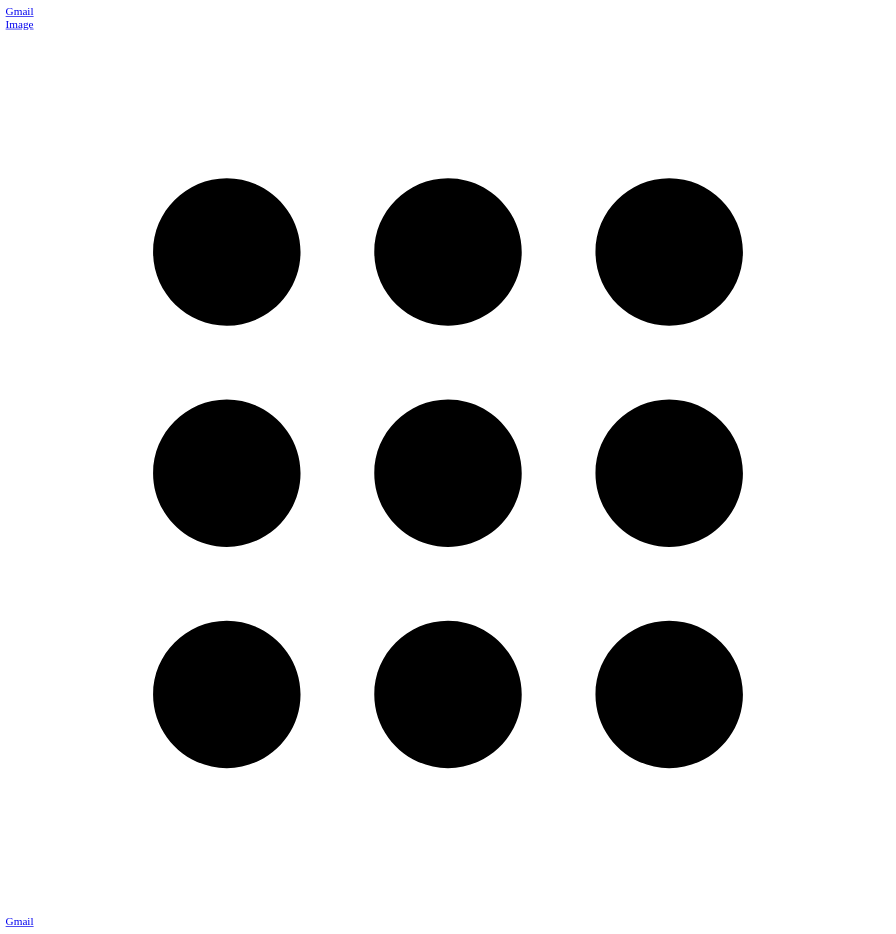
Repository: Ola-22/google
Page: index.html
These files come from the project's save history. The page is drawn as it stood at one moment and after the next save; the edit follows.
The browser window is 1280 px wide. The pictures show the part of the page from y = 0 to 1920 px (the page is 1334 px tall before and 2578 px after), at 70% of full size.
Some web libraries are served in a nearby version.

Above is the page before, as saved 2021-10-02 19:53:59.

### index.html
<html lang="en">

<head>
  <meta charset="UTF-8">
  <meta http-equiv="X-UA-Compatible" content="IE=edge">
  <meta name="viewport" content="width=device-width, initial-scale=1.0">
  <title>Google</title>
  <link rel="stylesheet" href="https://pro.fontawesome.com/releases/v5.10.0/css/all.css"
    integrity="sha384-AYmEC3Yw5cVb3ZcuHtOA93w35dYTsvhLPVnYs9eStHfGJvOvKxVfELGroGkvsg+p" crossorigin="anonymous" />
  <link rel="stylesheet" href="assets/css/main.css">
  <link rel="shortcut icon" type="image/png" href="assets/img/google.png">
</head>

<body>
  <div class="header">
    <div>
      <a href="#">Gmail</a>
    </div>
    <div>
      <a href="#">Image</a>
    </div>
    <div>
      <a href="#"><svg class="gb_Ve" focusable="false" viewBox="0 0 24 24">
          <path
            d="M6,8c1.1,0 2,-0.9 2,-2s-0.9,-2 -2,-2 -2,0.9 -2,2 0.9,2 2,2zM12,20c1.1,0 2,-0.9 2,-2s-0.9,-2 -2,-2 -2,0.9 -2,2 0.9,2 2,2zM6,20c1.1,0 2,-0.9 2,-2s-0.9,-2 -2,-2 -2,0.9 -2,2 0.9,2 2,2zM6,14c1.1,0 2,-0.9 2,-2s-0.9,-2 -2,-2 -2,0.9 -2,2 0.9,2 2,2zM12,14c1.1,0 2,-0.9 2,-2s-0.9,-2 -2,-2 -2,0.9 -2,2 0.9,2 2,2zM16,6c0,1.1 0.9,2 2,2s2,-0.9 2,-2 -0.9,-2 -2,-2 -2,0.9 -2,2zM12,8c1.1,0 2,-0.9 2,-2s-0.9,-2 -2,-2 -2,0.9 -2,2 0.9,2 2,2zM18,14c1.1,0 2,-0.9 2,-2s-0.9,-2 -2,-2 -2,0.9 -2,2 0.9,2 2,2zM18,20c1.1,0 2,-0.9 2,-2s-0.9,-2 -2,-2 -2,0.9 -2,2 0.9,2 2,2z">
          </path>
        </svg></a>
    </div>
    <div>
      <a href="#">Gmail</a>
    </div>
  </div>
</body>

</html>

### assets/css/main.css
.flexBox {
  display: -webkit-box;
  display: -ms-flexbox;
  display: flex;
  -webkit-box-align: center;
      -ms-flex-align: center;
          align-items: center;
  -ms-flex-wrap: wrap;
      flex-wrap: wrap;
  -ms-flex-line-pack: distribute;
      align-content: space-around;
}

ul li {
  list-style: none;
}

ul li > a {
  text-decoration: none;
}

input {
  outline: none;
}
/*# sourceMappingURL=main.css.map */

After the next save:
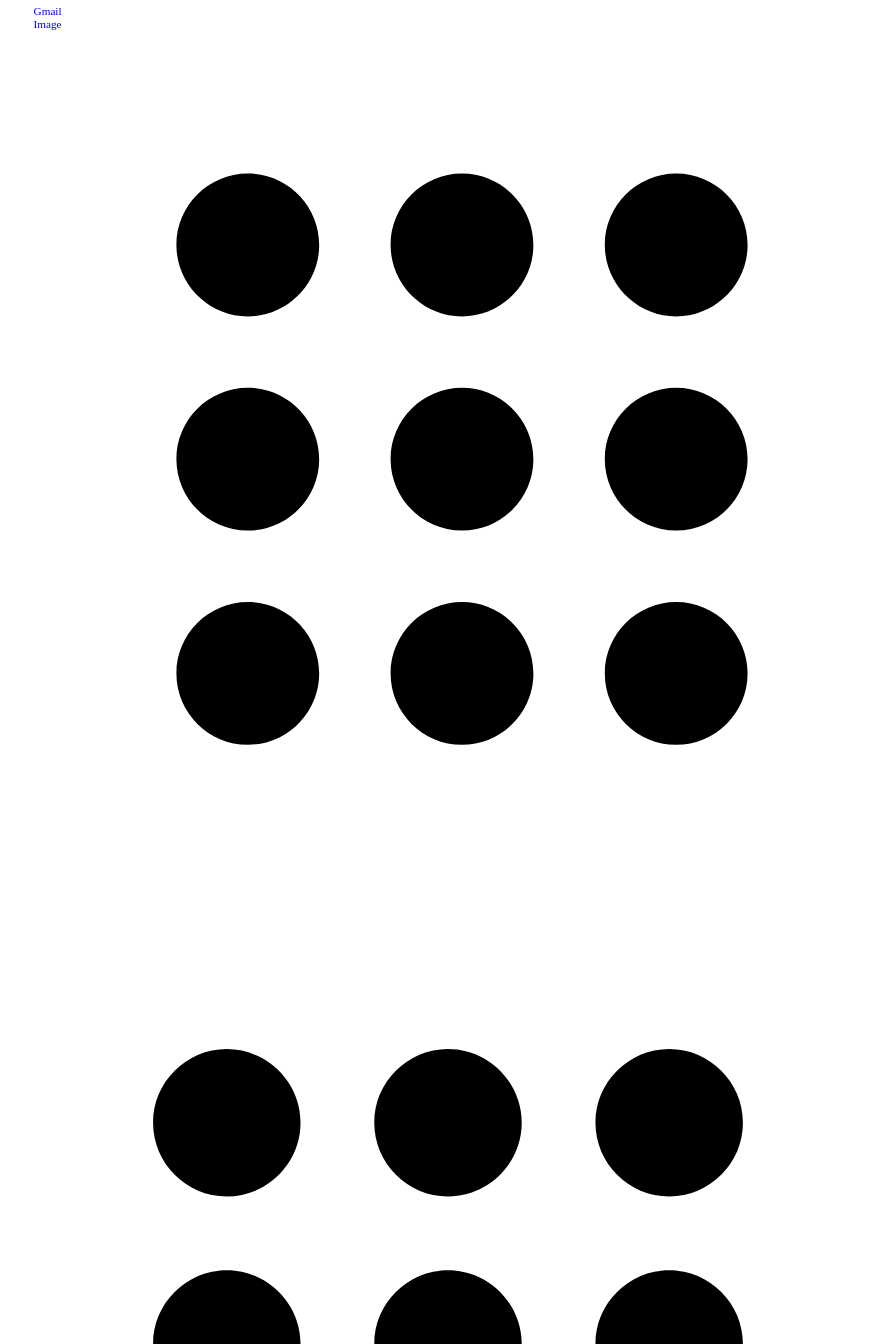
Saved 13 min 28 s later.
--- a/index.html
+++ b/index.html
@@ -13,12 +13,16 @@
 
 <body>
   <div class="header">
-    <div>
-      <a href="#">Gmail</a>
-    </div>
-    <div>
-      <a href="#">Image</a>
-    </div>
+    <ul>
+      <li> <a href="#">Gmail</a></li>
+      <li> <a href="#">Image</a></li>
+      <li><svg class="gb_Pe" focusable="false" viewBox="0 0 24 24">
+          <path
+            d="M6,8c1.1,0 2,-0.9 2,-2s-0.9,-2 -2,-2 -2,0.9 -2,2 0.9,2 2,2zM12,20c1.1,0 2,-0.9 2,-2s-0.9,-2 -2,-2 -2,0.9 -2,2 0.9,2 2,2zM6,20c1.1,0 2,-0.9 2,-2s-0.9,-2 -2,-2 -2,0.9 -2,2 0.9,2 2,2zM6,14c1.1,0 2,-0.9 2,-2s-0.9,-2 -2,-2 -2,0.9 -2,2 0.9,2 2,2zM12,14c1.1,0 2,-0.9 2,-2s-0.9,-2 -2,-2 -2,0.9 -2,2 0.9,2 2,2zM16,6c0,1.1 0.9,2 2,2s2,-0.9 2,-2 -0.9,-2 -2,-2 -2,0.9 -2,2zM12,8c1.1,0 2,-0.9 2,-2s-0.9,-2 -2,-2 -2,0.9 -2,2 0.9,2 2,2zM18,14c1.1,0 2,-0.9 2,-2s-0.9,-2 -2,-2 -2,0.9 -2,2 0.9,2 2,2zM18,20c1.1,0 2,-0.9 2,-2s-0.9,-2 -2,-2 -2,0.9 -2,2 0.9,2 2,2z">
+          </path>
+        </svg></li>
+    </ul>
+
     <div>
       <a href="#"><svg class="gb_Ve" focusable="false" viewBox="0 0 24 24">
           <path
